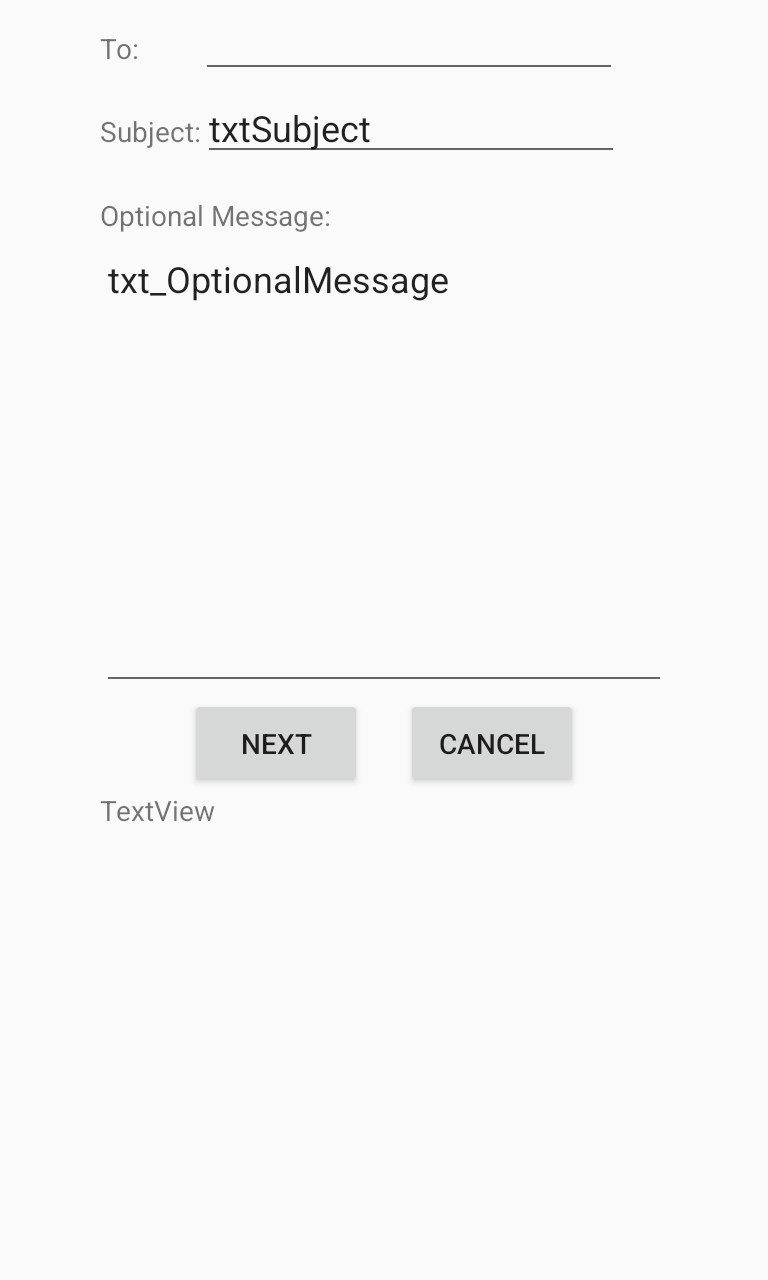
Repository: TeamZhao/Assignment-Tracker
Layout: AssignmentTracker/res/layout/activity_get_email_info.xml
An editor plug-in stored every save of this project. The layout is shown before and after the next save, followed by the edit.
It is drawn on a 768 x 1280 px phone screen (xhdpi) without system bars, with theme AppTheme; the app's code is not run.

Above is the layout before, as saved 2014-12-01 02:45:12.

After the next save:
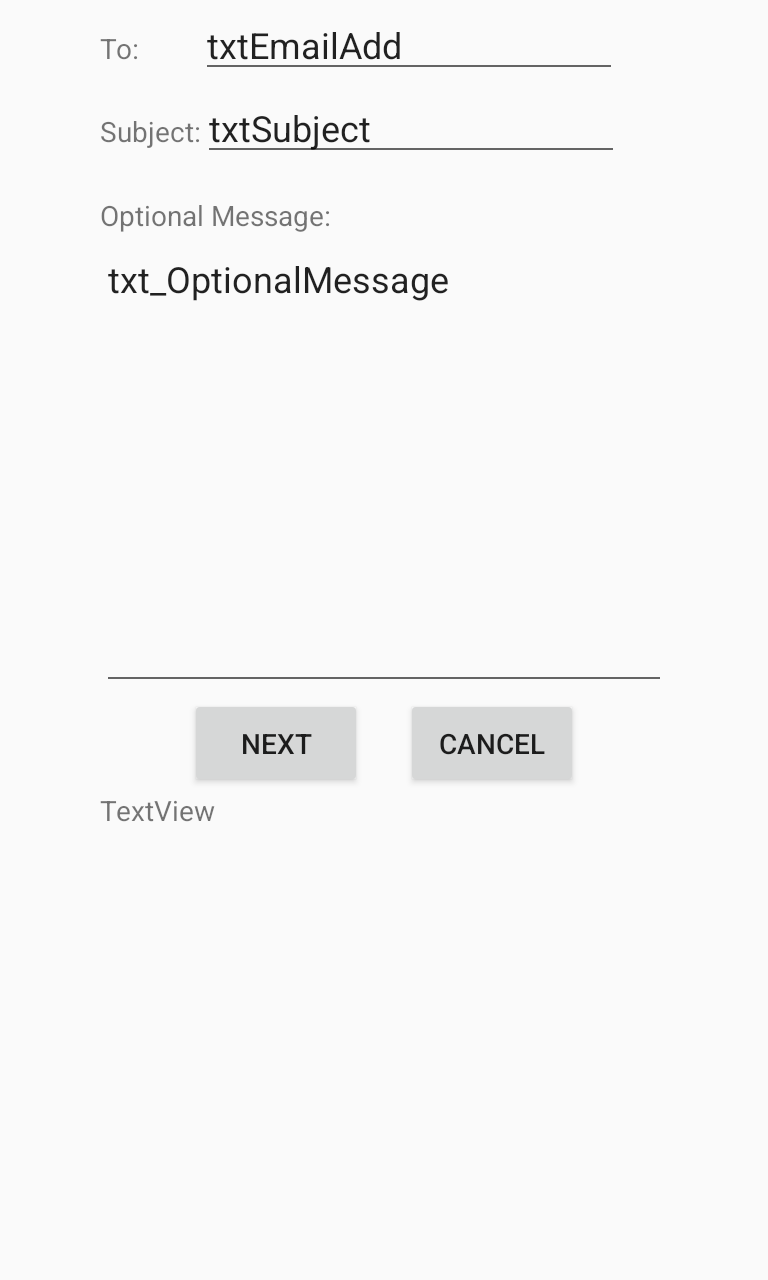
Saved 12 s later.
--- a/AssignmentTracker/res/layout/activity_get_email_info.xml
+++ b/AssignmentTracker/res/layout/activity_get_email_info.xml
@@ -22,7 +22,7 @@
             android:layout_width="wrap_content"
             android:layout_height="wrap_content"
             android:ems="10"
-            android:text=""/>
+            android:text="txtEmailAdd"/>
 
     </LinearLayout>
 
